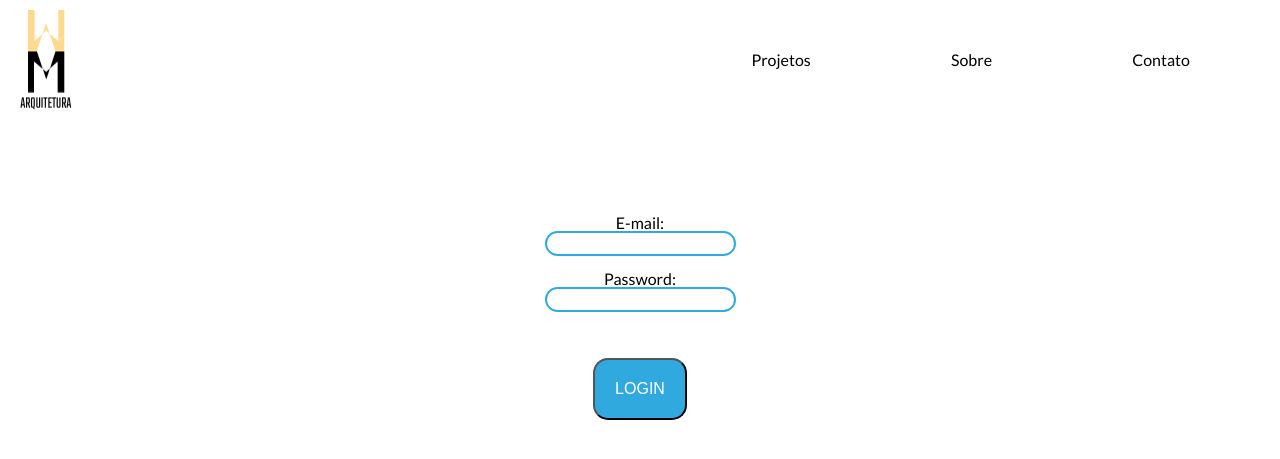
Repository: Luandro-com/wmedeiros
Page: /login
The author's editor kept a copy of each file at every save. The page is drawn from the files as they stood at one save, then again after the next save.
The browser window is 1280 px wide. The pictures show the whole page.
The project was rebuilt for these pictures with package versions that can differ from the ones it lists, and the page was loaded fresh each time. Also part of the build but not shown: src/components/App.css, src/components/Projects.css, src/components/Projects.js, src/components/About.js, src/components/Contact.js.

Above is the page before, as saved 2018-02-07 18:35:07.

After the next save:
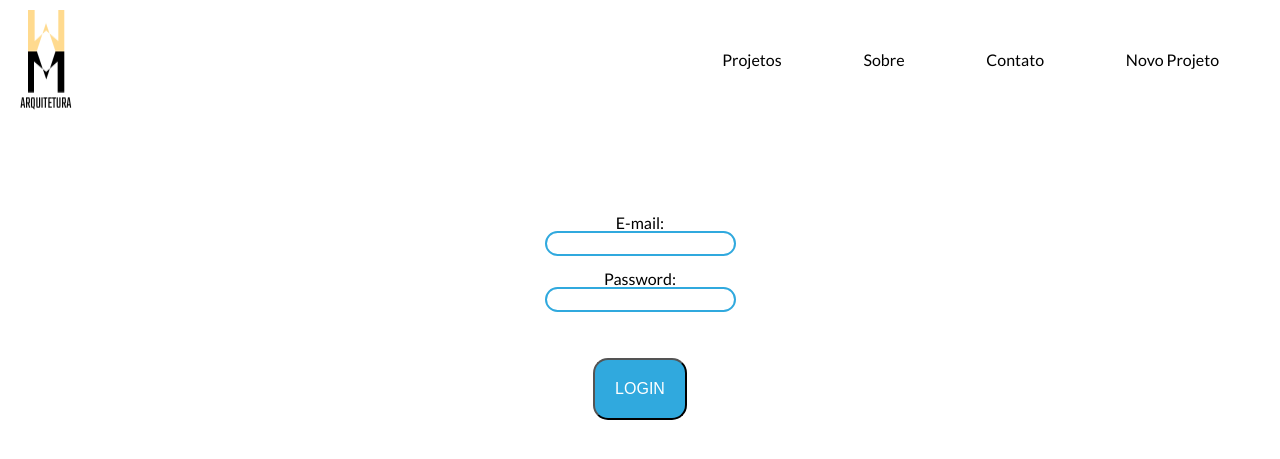
Saved 75 s later.
--- a/src/components/Header.js
+++ b/src/components/Header.js
@@ -11,6 +11,8 @@
     <NavLink activeClassName="Header-nav-active" onClick={close} exact to="/">Projetos</NavLink>
     <NavLink activeClassName="Header-nav-active" onClick={close} to="/sobre">Sobre</NavLink>
     <NavLink activeClassName="Header-nav-active" onClick={close} to="/contato">Contato</NavLink>
+    {/* Check if auth */}
+    <NavLink activeClassName="Header-nav-active" onClick={close} to="/novo">Novo Projeto</NavLink>
   </div>
 )
 
